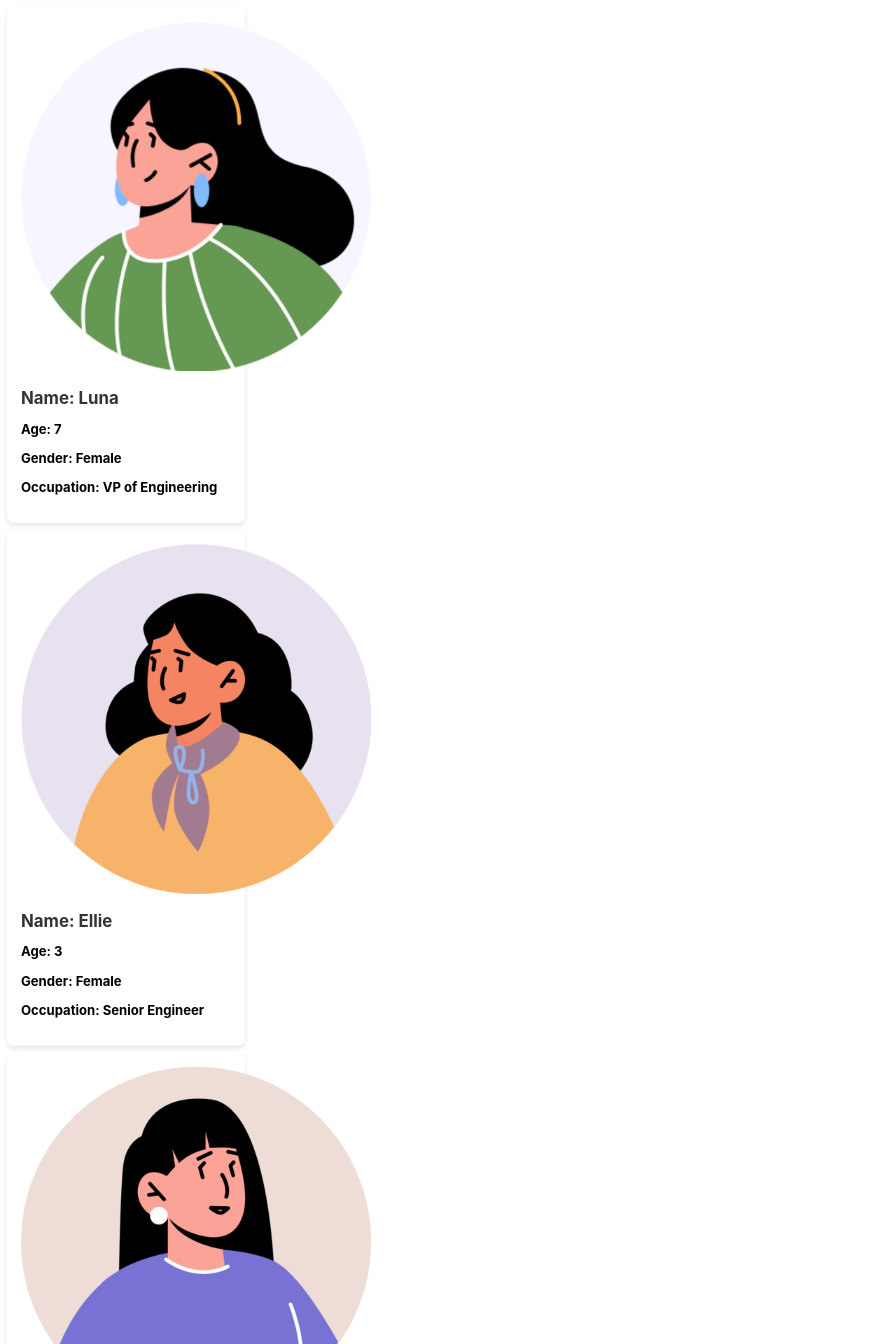
Repository: mahsa199170/React-Props-projects
Page: / (app in profile-app/)
The author's editor kept a copy of each file at every save. The page is drawn from the files as they stood at one save, then again after the next save.
The browser window is 1280 px wide. The pictures show the part of the page from y = 0 to 1920 px (the page is 2997 px tall before and 2818 px after), at 70% of full size.
The project was rebuilt for these pictures with package versions that can differ from the ones it lists, and the page was loaded fresh each time. Also part of the build but not shown: profile-app/src/App.css.

Above is the page before, as saved 2024-11-18 15:47:53.

### profile-app/src/App.js
import './App.css';
import Profile from './components/profile/Profile';
import { people } from './personalInfo';

function App() {
  const personInfo = people.map((p) => {
    return <h1>{p.name}</h1>;
  });

  return (
    <div className="App">
      {people.map((person) => {
        const { id, name, age, gender, occupation, image } = person;
        return (
          <div key={id}>
            <Profile
              name={name}
              age={age}
              occupation={occupation}
              gender={gender}
              image={image}
            />
          </div>
        );
      })}
    </div>
  );
}

export default App;

### profile-app/src/components/profile/Profile.js
import React from 'react';
import Card from '../card/Card';
import './Profile.scss';

const Profile = ({ id, name, age, gender, occupation, image }) => {
  return (
    <Card>
      <div className="profil-card">
        <img src={image} alt="profile" />
        <h2>Name: {name}</h2>
        <h3>Age: {age}</h3>
        <h3>Gender: {gender}</h3>
        <h3>Occupation: {occupation}</h3>
      </div>
    </Card>
  );
};

export default Profile;

### profile-app/src/personalInfo.js
import image1 from './components/images/100.png';
import image2 from './components/images/54.png';
import image3 from './components/images/73.png';
import image4 from './components/images/94.png';
export const people = [
  {
    id: 1,
    name: 'Luna',
    age: 7,
    gender: 'Female',
    occupation: 'VP of Engineering',
    image: image1,
  },
  {
    id: 2,
    name: 'Ellie',
    age: 3,
    gender: 'Female',
    occupation: 'Senior Engineer',
    image: image2,
  },
  {
    id: 3,
    name: 'Tango',
    age: 10,
    gender: 'male',
    occupation: 'Software Engineer',
    image: image3,
  },
  {
    id: 4,
    name: 'Frankie',
    age: 1,
    gender: 'male',
    occupation: 'Devops Engineer',
    image: image4,
  },
];

### profile-app/src/components/card/Card.js
import React from 'react';
import './Card.scss';

const Card = ({ children }) => {
  return <div className="card">{children}</div>;
};

export default Card;

### profile-app/src/components/profile/Profile.scss
.profile-card {
  box-shadow: rgba(100, 100, 111, 0.2) 0px 7px 29px 0px;
  width: 250px;
  text-align: center;
  border-radius: 50%;
  padding: 2rem;
  font-family: sans-serif;

  img {
    // border-radius: 50%;
    width: 10px !important;
    height: 10px !important;
  }
}

h2 {
  font-size: 24px;
  font-weight: bold;
  margin-bottom: 10px;
  color: #333;
}

p {
  font-size: 16px;
  margin: 5px 0;
  color: #666;
}

### profile-app/src/components/card/Card.scss
.card {
  width: 300px; // Set the width of the card
  background-color: #fff; // White background
  border-radius: 10px; // Rounded corners
  box-shadow: 0 4px 8px rgba(0, 0, 0, 0.1); // Subtle shadow for 3D effect
  padding: 20px; // Padding inside the card
  margin: 10px; // Space between cards
  transition: all 0.3s ease; // Smooth transition for hover effect

  &:hover {
    box-shadow: 0 6px 12px rgba(0, 0, 0, 0.2); // Slightly bigger shadow on hover
    transform: translateY(-5px); // Lift the card a little on hover
  }
}

Loaded but not shown: profile-app/public/index.html (common file); profile-app/src/index.js (common file); profile-app/src/index.css (common file)

After the next save:
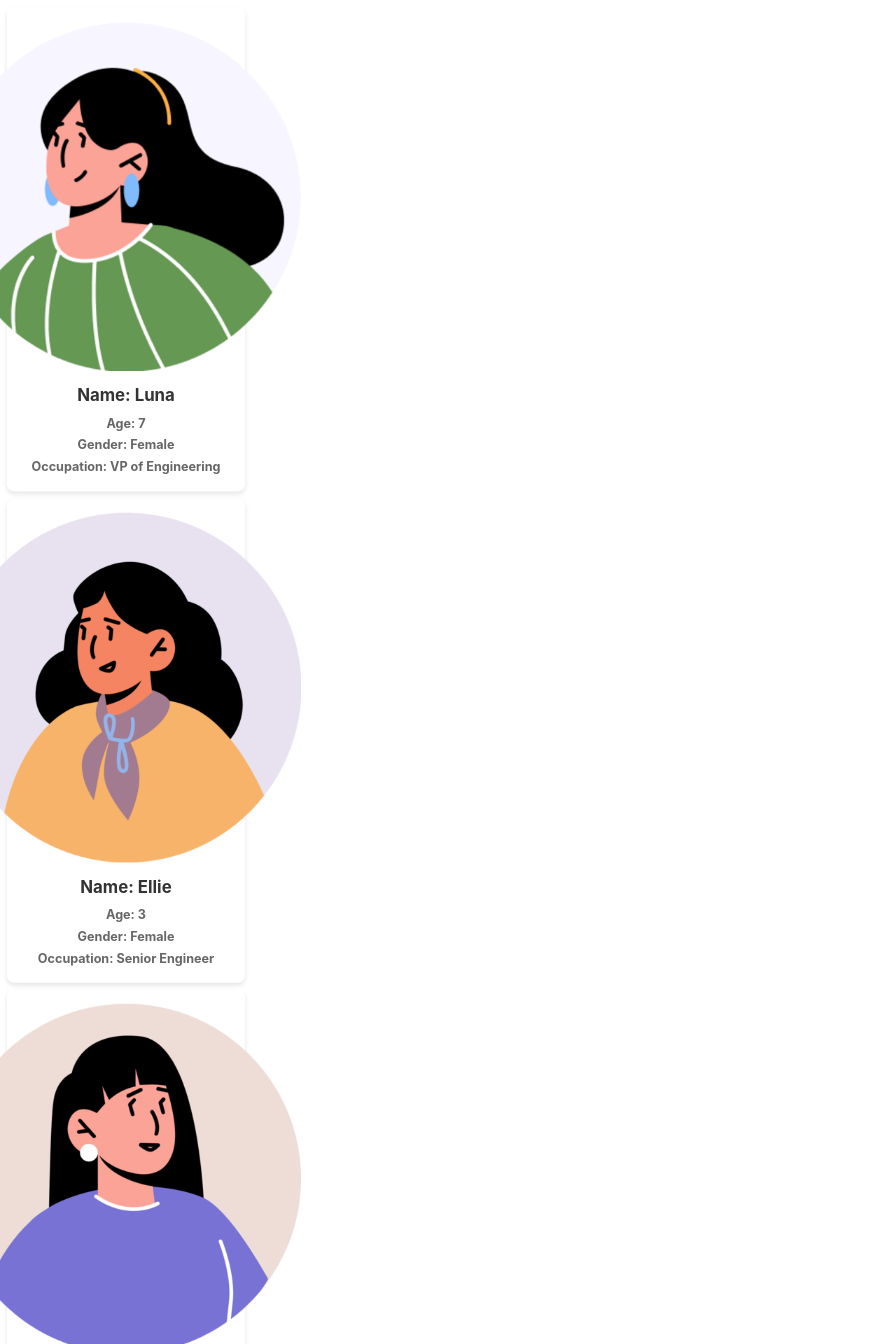
Saved 8 s later.
--- a/profile-app/src/components/profile/Profile.scss
+++ b/profile-app/src/components/profile/Profile.scss
@@ -1,27 +1,33 @@
-.profile-card {
-  box-shadow: rgba(100, 100, 111, 0.2) 0px 7px 29px 0px;
-  width: 250px;
-  text-align: center;
-  border-radius: 50%;
-  padding: 2rem;
-  font-family: sans-serif;
+.profil-card {
+  display: flex;
+  flex-direction: column;
+  align-items: center;
+  text-align: center; // Center-align text
 
-  img {
-    // border-radius: 50%;
-    width: 10px !important;
-    height: 10px !important;
+  .profile-image {
+    width: 120px; // Image width
+    height: 120px; // Image height
+    border-radius: 50%; // Make the image circular
+    overflow: hidden; // Ensure the image stays within the circle
+    margin-bottom: 20px; // Space between image and text
+
+    img {
+      width: 100%; // Ensure the image takes the full width
+      height: 100%; // Ensure the image takes the full height
+      object-fit: cover; // Make the image cover the entire circle while maintaining its aspect ratio
+    }
+  }
+
+  h2 {
+    font-size: 24px; // Bigger font size for the name
+    font-weight: bold;
+    color: #333; // Dark color for the name
+    margin-bottom: 10px;
+  }
+
+  h3 {
+    font-size: 18px; // Set font size for other info
+    color: #666; // Lighter color for the details
+    margin: 5px 0; // Add space between each piece of info
   }
 }
-
-h2 {
-  font-size: 24px;
-  font-weight: bold;
-  margin-bottom: 10px;
-  color: #333;
-}
-
-p {
-  font-size: 16px;
-  margin: 5px 0;
-  color: #666;
-}
